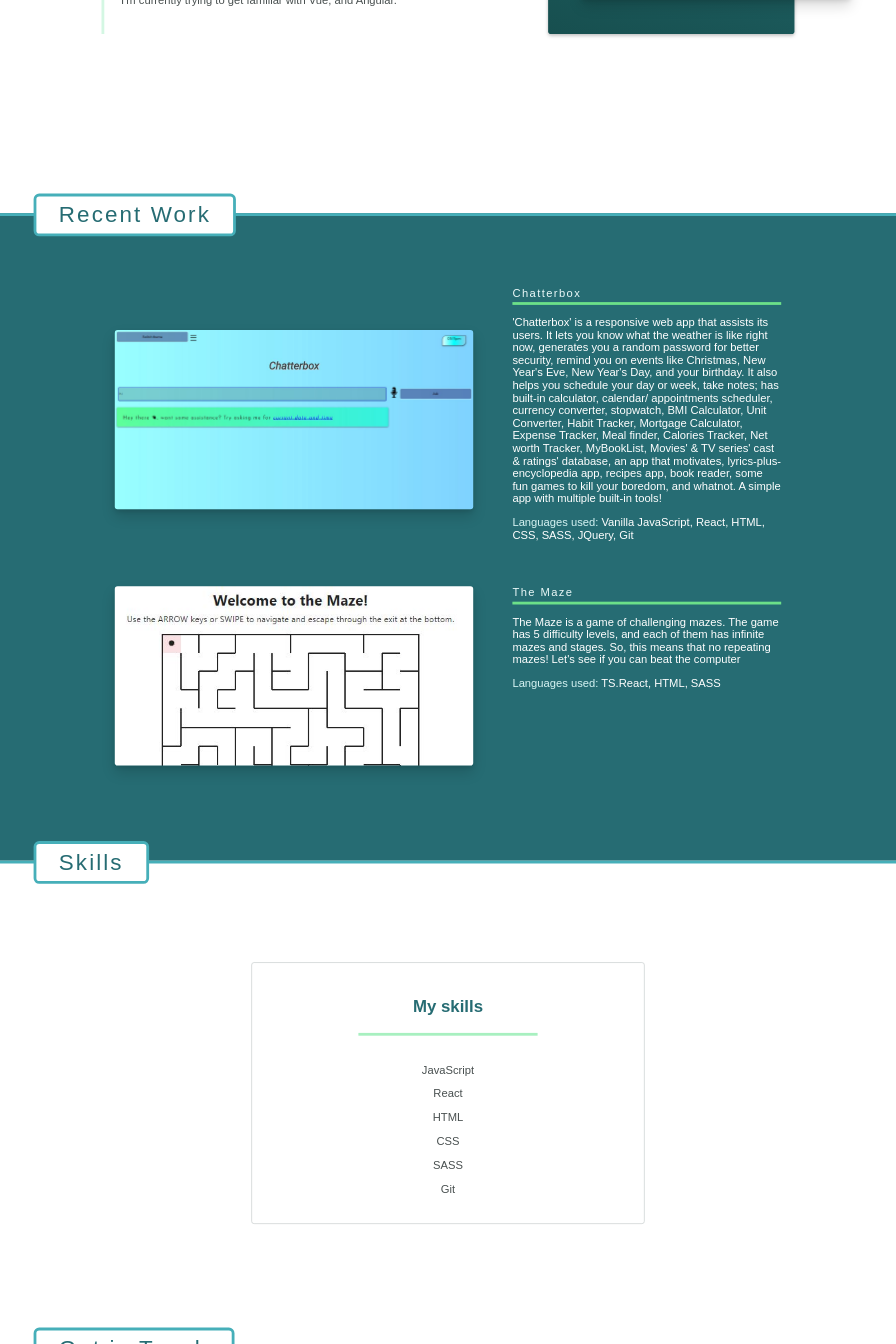
Repository: Abbaskhurram255/port
Page: /
An editor plug-in stored every save of this project. The page is shown before and after the next save, followed by the edit.
The browser window is 1280 px wide. The pictures show the part of the page from y = 561 to 2481 px (the page is 2782 px tall), at 70% of full size.
The page's requests for data from a server got no answer. Some web fonts or font styles are not loaded; a fallback is used. Some web libraries are served in a nearby version. The project was rebuilt for these pictures with package versions that can differ from the ones it lists, and the page was loaded fresh each time. No one was signed in, and anything a server would have sent is missing.

Above is the page before, as saved 2020-12-03 23:34:40.

After the next save:
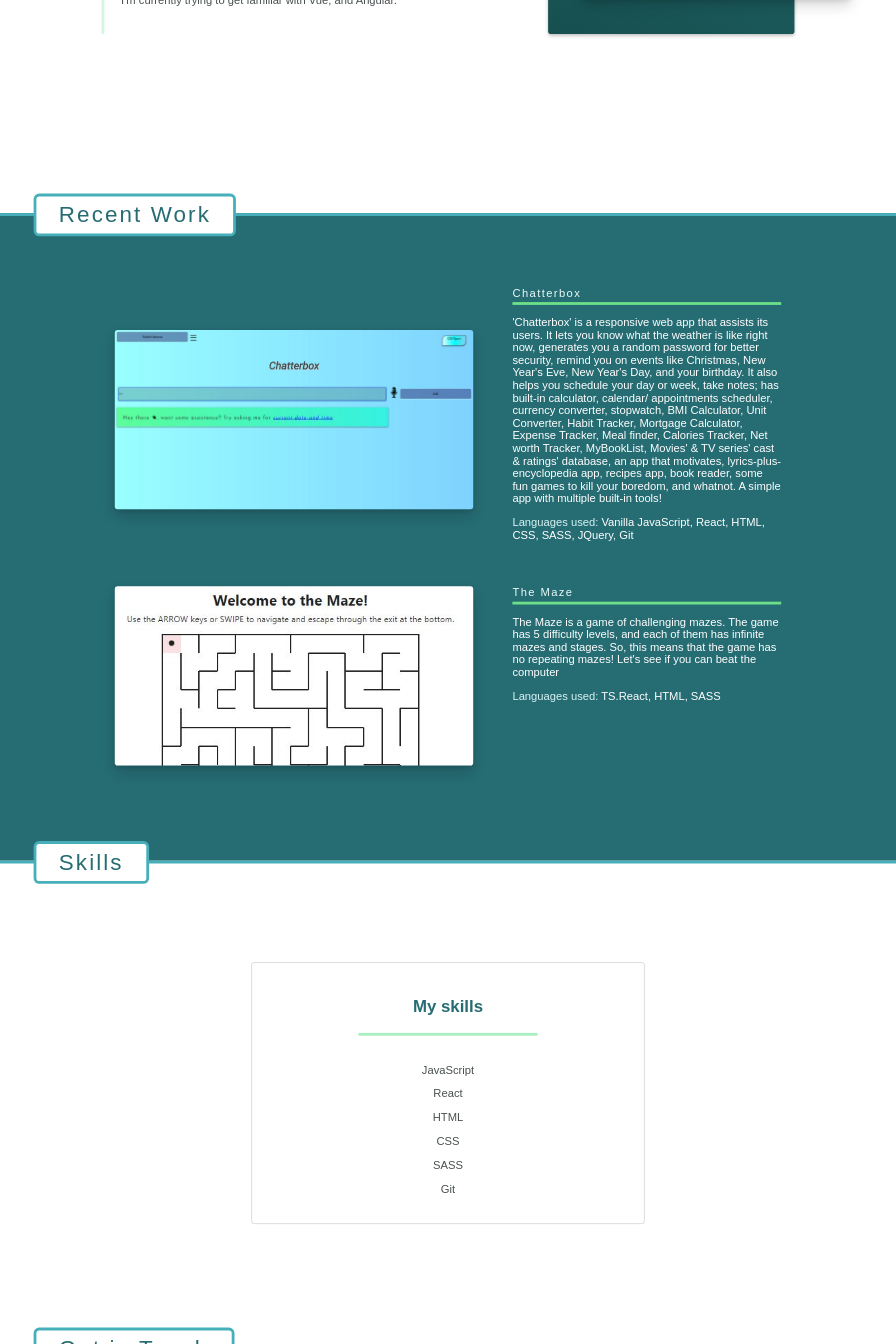
Saved 33 s later.
--- a/src/utils/data.ts
+++ b/src/utils/data.ts
@@ -20,7 +20,7 @@
   },
   {
     description:
-      "The Maze is a game of challenging mazes. The game has 5 difficulty levels, and each of them has infinite mazes and stages. So, this means that no repeating mazes! Let's see if you can beat the computer",
+      "The Maze is a game of challenging mazes. The game has 5 difficulty levels, and each of them has infinite mazes and stages. So, this means that the game has no repeating mazes! Let's see if you can beat the computer",
     image: "maze",
     name: "The Maze",
     sourceCode: "https://github.com/Abbaskhurram255/maze/",
